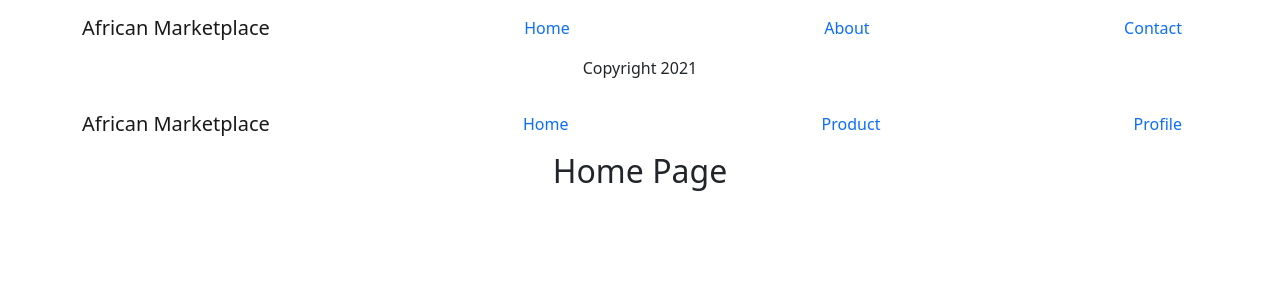
Repository: NelsonMaldonado/AfricanMarketplace
Page: / (app in african-marketplace/)
An editor plug-in stored every save of this project. The page is shown before and after a run of saves, followed by the edit.
The browser window is 1280 px wide. The pictures show the whole page.
The project was rebuilt for these pictures with package versions that can differ from the ones it lists, and the page was loaded fresh each time. Also part of the build but not shown: african-marketplace/src/component/404.js.

Above is the page before, as saved 2021-08-23 08:07:53.

### african-marketplace/src/App.js
import "./App.css";
import Home from "./component/home";
import NavigationBar from "./component/navigation-bar";
import Page404 from "./component/404";
import Footer from "./component/footer";
import { BrowserRouter, Route, Switch } from "react-router-dom";

function App() {
  return (
    <div className="App">
      <header></header>
      <main></main>
      <footer>
        <Footer/>
      </footer>
      <NavigationBar />

      <BrowserRouter>
        <Switch>
          <Route exact path="/">
            <Home />
          </Route>
          <Route path="/"> </Route>
          <Route path="/"> </Route>
          <Route>
            <Page404 />
          </Route>
        </Switch>
      </BrowserRouter>
    </div>
  );
}

export default App;

### african-marketplace/src/component/home.js
import React from "react";


export default function Home(props) {
  return (
    <div>
      <h2>Home Page</h2>

    </div>
  );
}

### african-marketplace/src/component/navigation-bar.js
import { Navbar, Nav, Container } from "react-bootstrap";
import "bootstrap/dist/css/bootstrap.min.css";

export default function NavigationBar(props) {
  return (
    <Navbar>
      <Container>
        <Navbar.Brand href="#">African Marketplace</Navbar.Brand>
        <Nav.Link href="#">Home</Nav.Link>
        <Nav.Link href="#">Product</Nav.Link>
        <Nav.Link href="#">Profile</Nav.Link>
      </Container>
    </Navbar>
  );
}

### african-marketplace/src/component/footer.js
import { Navbar, Nav, Container } from "react-bootstrap";
import "bootstrap/dist/css/bootstrap.min.css";

export default function Footer(props) {
  return (
    <div>
      <Navbar>
        <Container>
          <Navbar.Brand href="#">African Marketplace</Navbar.Brand>
          <Nav.Link href="#">Home</Nav.Link>
          <Nav.Link href="#">About</Nav.Link>
          <Nav.Link href="#">Contact</Nav.Link>
        </Container>
      </Navbar>
      <p>Copyright 2021</p>
    </div>
  );
}

Loaded but not shown: african-marketplace/public/index.html (common file); african-marketplace/src/index.js (common file); african-marketplace/src/index.css (common file); african-marketplace/src/reportWebVitals.js (common file); african-marketplace/src/App.css (common file)

After the next 2 saves:
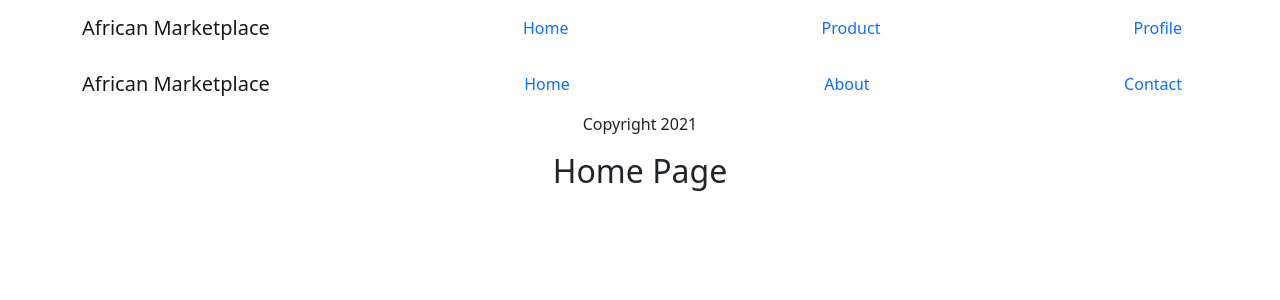
The 2 saves are shown as one change because they came seconds apart.
The last was saved 7 s later.
--- a/african-marketplace/src/App.js
+++ b/african-marketplace/src/App.js
@@ -8,12 +8,13 @@ import { BrowserRouter, Route, Switch } from "react-router-dom";
 function App() {
   return (
     <div className="App">
-      <header></header>
+      <header>
+        <NavigationBar />
+      </header>
       <main></main>
       <footer>
-        <Footer/>
+        <Footer />
       </footer>
-      <NavigationBar />
 
       <BrowserRouter>
         <Switch>
